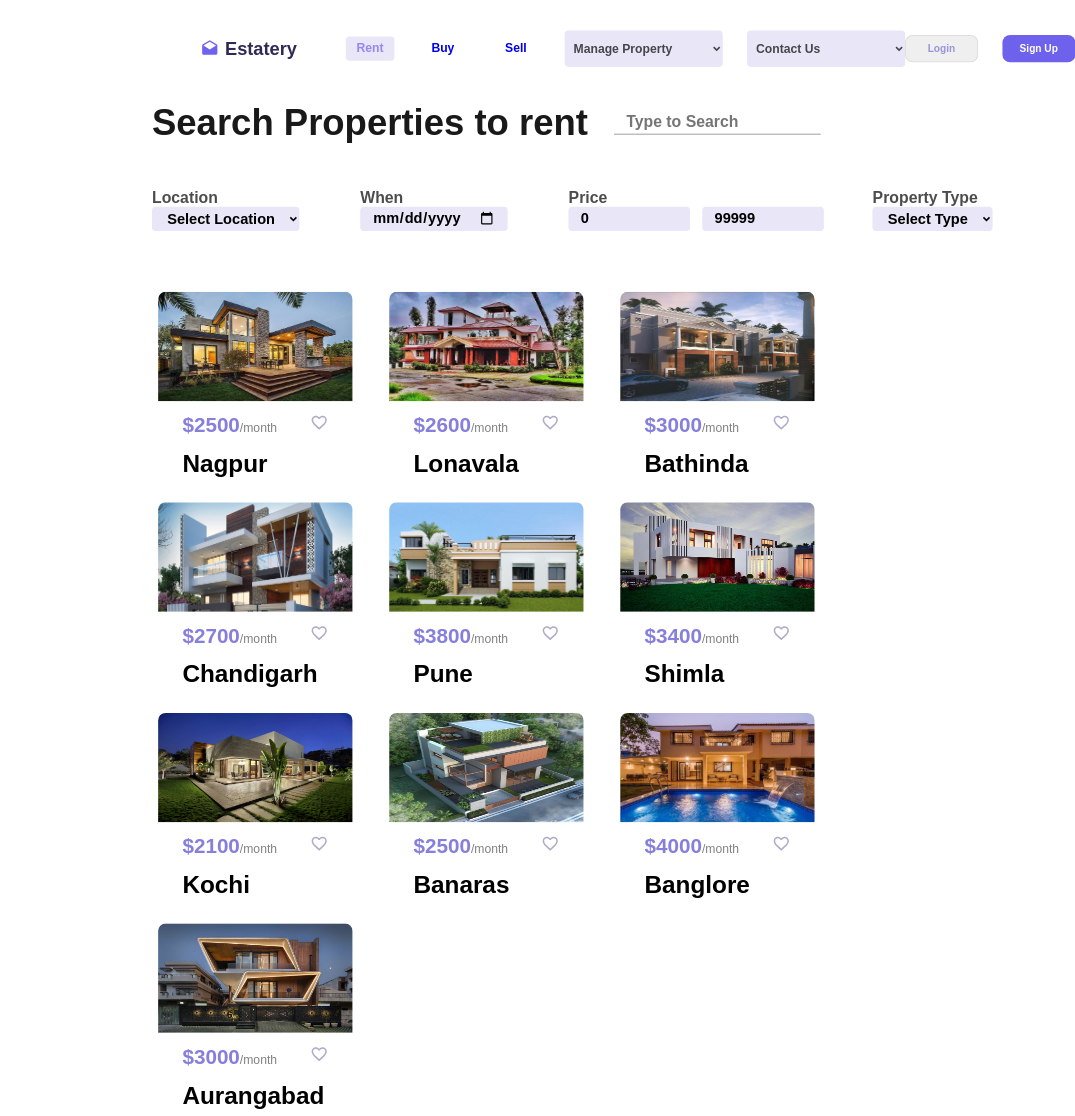
Repository: kapil4457/Reunion-Internship-Assignment
Page: /
An editor plug-in stored every save of this project. The page is shown before and after the next save, followed by the edit.
The browser window is 1280 px wide. The page is 1415 px wide, so the pictures cover 1415 px, including what lies to the right of the window. The pictures show the whole page, at 76% of full size.
The project was rebuilt for these pictures with package versions that can differ from the ones it lists, and the page was loaded fresh each time. Also part of the build but not shown: src/App.css.

Above is the page before, as saved 2022-10-07 18:33:36.

### public/index.html
<!DOCTYPE html>
<html lang="en">
  <head>
    <meta charset="utf-8" />
    <link rel="icon" href="%PUBLIC_URL%/favicon.ico" />
    <meta name="viewport" content="width=device-width, initial-scale=1" />
    <meta name="theme-color" content="#000000" />
    <meta
      name="description"
      content="Web site created using create-react-app"
    />
    <link href="https://fonts.googleapis.com/css2?family=Roboto:ital,wght@1,300&display=swap" rel="stylesheet">
    <link rel="apple-touch-icon" href="%PUBLIC_URL%/logo192.png" />
    <link rel="preconnect" href="https://fonts.googleapis.com">
    <link rel="preconnect" href="https://fonts.googleapis.com">
    <!--
      manifest.json provides metadata used when your web app is installed on a
      user's mobile device or desktop. See https://developers.google.com/web/fundamentals/web-app-manifest/
    -->
    <link rel="manifest" href="%PUBLIC_URL%/manifest.json" />
    <!--
      Notice the use of %PUBLIC_URL% in the tags above.
      It will be replaced with the URL of the `public` folder during the build.
      Only files inside the `public` folder can be referenced from the HTML.

      Unlike "/favicon.ico" or "favicon.ico", "%PUBLIC_URL%/favicon.ico" will
      work correctly both with client-side routing and a non-root public URL.
      Learn how to configure a non-root public URL by running `npm run build`.
    -->
    <title>React App</title>
  </head>
  <body>
    <noscript>You need to enable JavaScript to run this app.</noscript>
    <div id="root"></div>
    <!--
      This HTML file is a template.
      If you open it directly in the browser, you will see an empty page.

      You can add webfonts, meta tags, or analytics to this file.
      The build step will place the bundled scripts into the <body> tag.

      To begin the development, run `npm start` or `yarn start`.
      To create a production bundle, use `npm run build` or `yarn build`.
    -->
  </body>
</html>

### src/index.css
*{
  font-family: 'Poppins', sans-serif;
  font-weight:600;
}

/* Chrome, Safari, Edge, Opera */
input::-webkit-outer-spin-button,
input::-webkit-inner-spin-button {
  -webkit-appearance: none;
  margin: 0;
}

/* Firefox */
input[type=number] {
  -moz-appearance: textfield;
}

### src/App.js
import { Route, Routes } from 'react-router-dom';
import './App.css';
import Header from './components/Header/Header';
import Home from  './components/Home/Home'
import Rent from './components/Rent/Rent';

function App() {
  return (
    <>
    <Header />
    <Routes>
      <Route path='/' element={<Home/>}/>
      <Route path='/rent' element={<Rent/>}/>
    </Routes>
    </>
  );
}

export default App;

### src/components/Header/Header.jsx
import React from "react";
import DraftsIcon from "@mui/icons-material/Drafts";
import { NavLink } from "react-router-dom";
import "./Header.css";
const Header = () => {
  return (
    <>
      <div className="header">
        <div className="left">
          <div className="logo">
            <DraftsIcon />
            <span>Estatery</span>
          </div>
          <div className="categories">
            <NavLink
              to="/rent"
              className={({ isActive }) => (isActive ? "activeClass" : "")}
            >
              Rent
            </NavLink>
            <NavLink
              to="/buy"
              className={({ isActive }) => (isActive ? "activeClass" : "")}
            >
              Buy
            </NavLink>
            <NavLink
              to="/sell"
              className={({ isActive }) => (isActive ? "activeClass" : "")}
            >
              Sell
            </NavLink>
            <select name="" id="manage">
              <option value="Manage Property" hidden>
                Manage Property
              </option>
              <option value="Owned">Owned</option>
              <option value="BookMarked">BookMarked</option>
            </select>
            <select name="" id="resources">
              <option value="contact">Contact Us</option>
              <option value="FAQ">FAQ</option>
            </select>
          </div>
        </div>
        <div className="right">
          <button className="login">Login</button>
          <button className="sign-up">Sign Up</button>
        </div>
      </div>
    </>
  );
};

export default Header;

### src/components/Home/Home.jsx
import React, { useEffect } from "react";
import { useNavigate } from "react-router-dom";

const Home = () => {
  const navigate = useNavigate();
  useEffect(() => {
    navigate("/rent");
  });
  return <></>;
};

export default Home;

### src/components/Rent/Rent.jsx
import React, { useState } from "react";
import { home } from "../../home";
import RentCard from "../RentCard/RentCard";
import "./Rent.css";
const Rent = () => {
  const [location, setlocation] = useState("");
  const [rangeMin, setMinRange] = useState(0);
  const [rangeMax, setMaxRange] = useState(99999);
  const [type, setType] = useState("");
  const [date, setDate] = useState(new Date());
  const [typed, setTyped] = useState("");

  //date -> YY/MM/DD format
  const filtering = (val) => {
    var dateNow = new Date(val.moveIn);
    var date2 = new Date(date);

    if (
      (location === "" || location == val.state) &&
      (parseInt(rangeMax) > val.price || rangeMax == "") &&
      (parseInt(rangeMin) < val.price || rangeMin == "") &&
      type === "" &&
      date2 <= dateNow &&
      (typed === "" || val.state.includes(typed) || val.address.includes(typed))
    ) {
      console.log(date2, dateNow);
      return true;
    }
  };
  return (
    <>
      <div className="rent-main">
        <div className="first">
          <div className="heading">Search Properties to rent</div>
          <input
            className="search-bar"
            placeholder="Type to Search"
            value={typed}
            onChange={(e) => {
              setTyped(e.target.value);
            }}
          />
        </div>
        <div className="second">
          <div>
            <span>Location</span>
            <select
              name=""
              id=""
              onChange={(e) => {
                setlocation(e.target.value);
              }}
            >
              <option value="" hidden>
                Select Location
              </option>
              <option value="Bathinda">Bathinda</option>
              <option value="Nagpur">Nagpur</option>
              <option value="Lonavala">Lonavala</option>
              <option value="Chandigarh">Chandigarh</option>
              <option value="Pune">Pune</option>
              <option value="Shimla">Shimla</option>
              <option value="Kochi">Kochi</option>
              <option value="Banaras">Banaras</option>
              <option value="Banglore">Banglore</option>
              <option value="Aurangabad">Aurangabad</option>
            </select>
          </div>
          <div>
            <span>When</span>
            <input
              type="date"
              onChange={(e) => {
                setDate(e.target.value);
              }}
            />
          </div>
          <div>
            <span>Price</span>
            <div>
              {/* <input
                type="range"
                name=""
                className="price-range"
                max={10000}
                min={500}
                onChange={(e) => {
                  setRange(e.target.value);
                }}
              />
              <span>{range}</span> */}
              <input
                type="number"
                placeholder="Minimum"
                value={rangeMin}
                onChange={(e) => {
                  setMinRange(e.target.value);
                }}
              />
              <input
                type="number"
                placeholder="Maximum"
                value={rangeMax}
                onChange={(e) => {
                  setMaxRange(e.target.value);
                }}
              />
            </div>
          </div>
          <div>
            <span>Property Type</span>
            <select
              name=""
              id=""
              onChange={(e) => {
                setType(e.target.value);
              }}
            >
              <option value="" hidden>
                Select Type
              </option>
              <option value="">Villa</option>
              <option value="">Flats</option>
              <option value="">RowHouse</option>
            </select>
          </div>
        </div>
        <div className="rent-cards">
          {home.filter(filtering).map((item, idx) => (
            <RentCard data={item} key={idx} />
          ))}
        </div>
      </div>
    </>
  );
};

export default Rent;

### src/components/Header/Header.css

.header{
display:flex;
justify-content:space-between;
align-items:center;
padding:2rem 4rem;
}

.left{
    display:flex;
    align-items:center;
    gap:4rem;
}
.left > .logo{
    display:flex;
    align-items:center;
    gap:0.5rem;
    font-size:1.5rem;
    font-weight:650;
    color:rgb(48,41,83);
}

.left > .logo > svg{
    color:rgb(110,99,238);
}

.categories{
    display:flex;
    align-items:center;
    gap:2rem;
}

.categories > a{
    text-decoration:none;
    font-weight:550;
    height:2rem;
    display:flex;
    align-items:center;
    width:4rem;
    justify-content: center;
}

.activeClass{
    color:rgb(150, 136, 238);
    background-color: rgb(233,230,247);
    border-radius: 5px;
}

.categories > select{
    width:13rem;
    height:3rem;
    border:none;
    outline:none;
    color:rgba(0,0,0,0.7);
    font-weight:550;
    background-color:rgb(233,230,247);
    border-radius:5px;
    padding:0 0.5rem;
    font-size:1rem;
}

.categories > select > option{
    font-size:1rem;
    font-weight:550;

}
.right{
    display:flex;
    align-items:center;
    gap:2rem;

}

.right > button {
    width:6rem;
    height:2.3rem;
    border-radius:10px;
    outline:none;

}

.login{
border:1px solid rgba(0,0,0,0.1);
color:rgb(154, 148, 218);
font-weight:650;
cursor:pointer;
}

.sign-up
{
    background-color:rgb(110,97,236);
    color:white;
    cursor:pointer;
    border:none;
}

### src/home.js
export const home = [

        {
            state:"Nagpur",
            price:2500,
            address:" Lorem ipsum dolor sit amet consectetur adipisicing elit. Quis",
            bedCount:2,
            bathCount:2,
            area:"8x10",
            image:"h1.jpg",
            moveIn:new Date(2022,10,20),
            type:"Villa"

        },
        {
            state:"Lonavala",
            price:2600,
            address:" Lorem ipsum dolor sit amet consectetur adipisicing elit. Quis",
            bedCount:2,
            bathCount:2,
            area:"8x12",
            image:"h2.jpg",
            moveIn:new Date(2022,11,20),
            type:"Flats"



        },     {
            state:"Bathinda",
            price:3000,
            address:" Lorem ipsum dolor sit amet consectetur adipisicing elit. Quis",
            bedCount:3,
            bathCount:2,
            area:"10x12",
            image:"h3.jpg",
            moveIn:new Date(2022,11,12),
            type:"RowHouse"



        },     {
            state:"Chandigarh",
            price:2700,
            address:" Lorem ipsum dolor sit amet consectetur adipisicing elit. Quis",
            bedCount:2,
            bathCount:2,
            area:"10x10",
            image:"h4.jpg",
            moveIn:new Date(2023,1,20),
            type:"Villa"



        },     {
            state:"Pune",
            price:3800,
            address:" Lorem ipsum dolor sit amet consectetur adipisicing elit. Quis",
            bedCount:3,
            bathCount:3,
            area:"8x10",
            image:"h5.jpg",
            moveIn:new Date(2023,1,10),
            type:"Flats"


        },     {
            state:"Shimla",
            price:3400,
            address:" Lorem ipsum dolor sit amet consectetur adipisicing elit. Quis",
            bedCount:3,
            bathCount:2,
            area:"12x10",
            image:"h6.jpg",
            moveIn:new Date(2023,2,15),
            type:"RowHouse"



        },     {
            state:"Kochi",
            price:2100,
            address:" Lorem ipsum dolor sit amet consectetur adipisicing elit. Quis",
            bedCount:2,
            bathCount:2,
            area:"9x10",
            image:"h7.jpg",
            moveIn:new Date(2023 , 2 ,15),
            type:"Villa"


        },     {
            state:"Banaras",
            price:2500,
            address:" Lorem ipsum dolor sit amet consectetur adipisicing elit. Quis",
            bedCount:2,
            bathCount:2,
            area:"8x10",
            image:"h8.jpg",
            moveIn:new Date(2023 , 3 ,19),
            type:"Flats"



        },     {
            state:"Banglore",
            price:4000,
            address:" Lorem ipsum dolor sit amet consectetur adipisicing elit. Quis",
            bedCount:3,
            bathCount:2,
            area:"10x14",
            image:"h9.jpg",
            moveIn:new Date(2023 , 5 , 19),
            type:"RowHouse"



        },     {
            state:"Aurangabad",
            price:3000,
            address:" Lorem ipsum dolor sit amet consectetur adipisicing elit. Quis",
            bedCount:2,
            bathCount:2,
            area:"8x10",
            image:"h10.jpg",
            moveIn:new Date(2023 , 6 , 6),
            type:"Villa"



        },

]

### src/components/RentCard/RentCard.jsx
import React from "react";
import "./RentCard.css";
import FavoriteBorderIcon from "@mui/icons-material/FavoriteBorder";
const RentCard = ({ data }) => {
  console.log(data);
  return (
    <div className="rent-card-main">
      <div className="main-image">
        <img src={`${data.image}`} alt="" />
      </div>
      <div className="rent-card-info">
        <div className="rent-card-price">
          <div>
            <span>${data.price}</span>/month
          </div>
          <FavoriteBorderIcon />
        </div>
        <div className="rent-card-name">{data.state}</div>
      </div>
    </div>
  );
};

export default RentCard;

### src/components/Rent/Rent.css
body{

    padding:0 12rem;
}

.first{
    display:flex;
    height:5rem;
    justify-content: space-between;
    align-items:center;
    margin-bottom:3rem;
}

.first > .heading{
    font-size:3rem;
    font-weight:650;
    color:rgba(0,0,0,0.9);
}

.first > .search-bar{
    width:15rem;
    padding:0 1rem;
    border:none;
    border-bottom:1px solid gray;
    outline:none;
    height:2rem;
    font-size:1.3rem;
}
.second > div >select {
    font-size:1.2rem;
    height:2rem;
    padding:0 1rem;
    border-radius:5px;
    border:none;
    outline:none;
    background-color:rgb(233,230,247);
}
.second > div >input  , .second > div >div>input {
    font-size:1.2rem;
    height:2rem;
    border-radius:5px;
    border:none;
    outline:none;
    padding:0 1rem;

    background-color:rgb(233,230,247);
}

.second > div >div{
display:flex;
gap:1rem;

}
.second > div >div>input{
width:8rem;

}
.second{
    display: flex;
    gap:5rem;
}
.second>div{
    display:flex;
    flex-direction: column;
    width:20rem;
}

.second >div>span{
    color:rgba(0,0,0,0.7);
    font-size:1.3rem;
    font-weight:550;
}


.rent-cards{
    display:grid;
    grid-template-columns: 1fr 1fr 1fr;
    margin-top:5rem;
    place-items:center;
    gap:2rem;
    border-radius:10px;
}

### src/components/RentCard/RentCard.css

.main-image{
    width:20vw;
    border-radius:10px 10px 0 0;
    height:20vh;
}
.rent-card-info{
    padding:1rem 2rem 0 2rem;

}

.main-image > img{
    border-radius:10px 10px 0 0;
width:100%;
height:100%;
}

.rent-card-price{
    display:flex;
    justify-content:space-between;

}
.rent-card-price >div{
    color:gray;
    font-weight: 500;
}
.rent-card-price > svg{
    color:rgb(176,171,202);
    cursor:pointer;
}

.rent-card-price >div > span{
    font-size:1.7rem;
    font-weight:600;
    color:rgb(134, 127, 219);
}

.rent-card-name{
    padding:1rem 0 0 0 ;
    font-size:2rem;
}

Loaded but not shown: src/index.js (common file); src/reportWebVitals.js (common file)

After the next save:
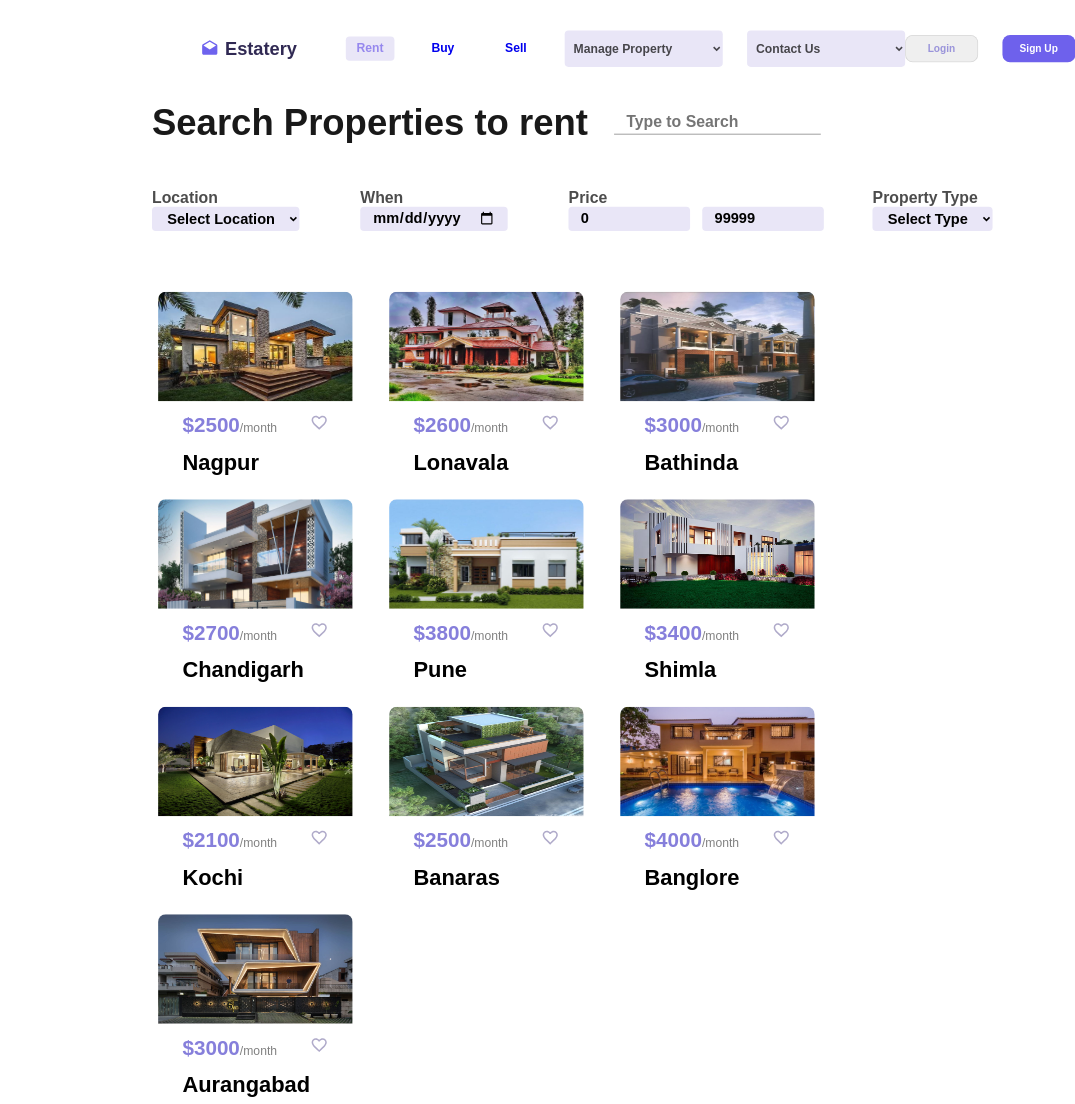
Saved 9 s later.
--- a/src/components/RentCard/RentCard.css
+++ b/src/components/RentCard/RentCard.css
@@ -37,5 +37,5 @@ height:100%;
 
 .rent-card-name{
     padding:1rem 0 0 0 ;
-    font-size:2rem;
+    font-size:1.8rem;
 }
